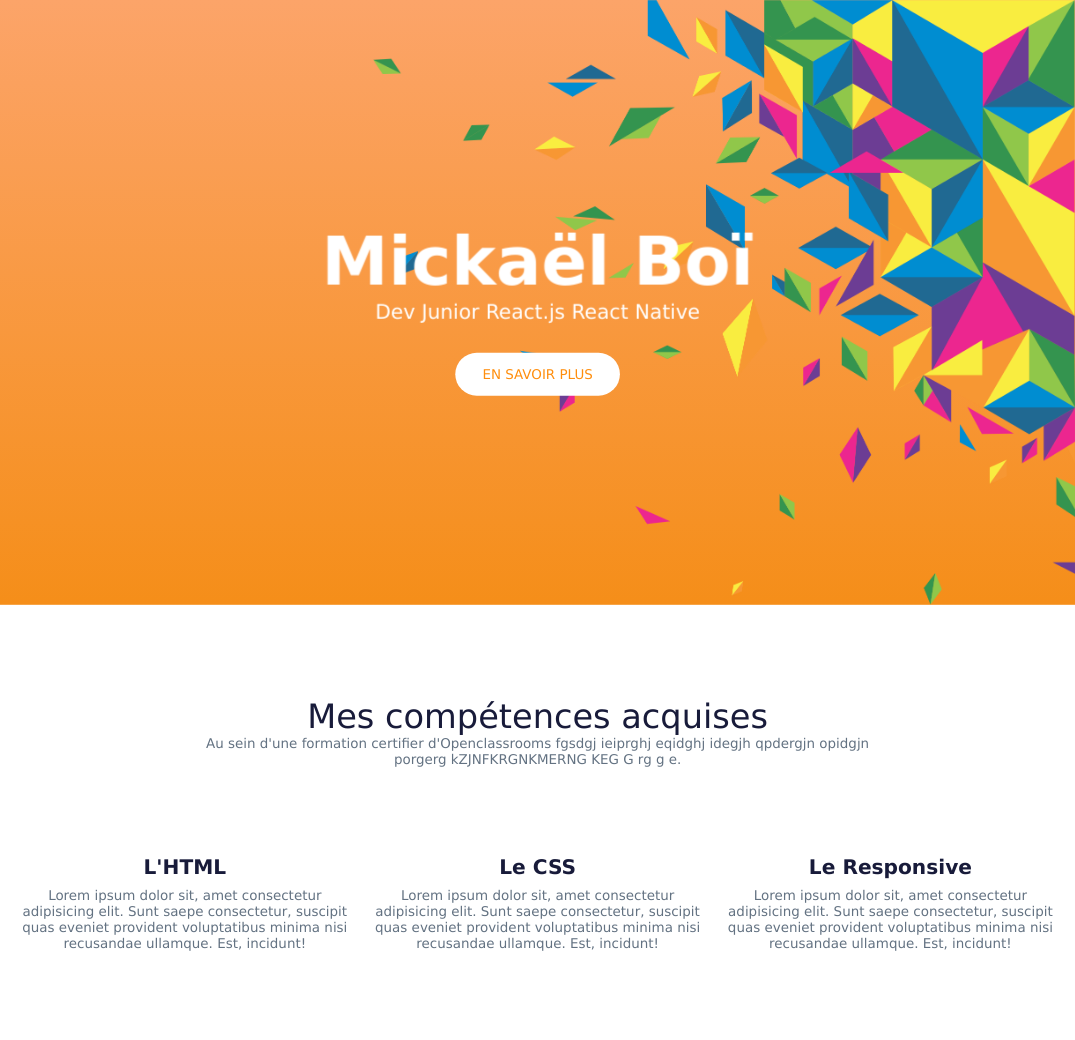
Repository: Micka-17/React_CV
Page: / (app in react-cv/)
The author's editor kept a copy of each file at every save. The page is drawn from the files as they stood at one save, then again after a run of saves.
The browser window is 1280 px wide. The pictures show the whole page, at 84% of full size.
The project was rebuilt for these pictures with package versions that can differ from the ones it lists, and the page was loaded fresh each time.

Above is the page before, as saved 2021-10-20 11:04:54.

### react-cv/src/index.js
import React from 'react';
import ReactDOM from 'react-dom';
import './index.css';
import App from './App';
import reportWebVitals from './reportWebVitals';

ReactDOM.render(
    <App />,
  document.getElementById('root')
);

// If you want to start measuring performance in your app, pass a function
// to log results (for example: reportWebVitals(console.log))
// or send to an analytics endpoint. Learn more: https://bit.ly/CRA-vitals

### react-cv/src/App.js
import './App.css';
import Top from './components/Top';
import Skills from './components/Skills';
import './Style/style.css'
import React from 'react'

function App() {
  return (
    <div className="App">
      <Top />
      <Skills />
    </div>
  );
}

export default App;

### react-cv/src/components/Top.jsx
import React from 'react'
import '../Style/style.css'

export default function Top() {

    return (
        <section id="sec-1">
            <div class="marbre">
                <div class="container">
                    <h1>Mickaël Boï</h1>
                    <p>Dev Junior React.js React Native</p>
                    <a href="#sec-2" class="title-btn">En savoir plus</a>
                </div>
            </div>
        </section >
    )
}

### react-cv/src/components/Skills.jsx
import React from 'react'
import '../Style/style.css'
import { FontAwesomeIcon } from '@fortawesome/react-fontawesome'

export default function Skills() {

    return (
        <section id="sec-2">
        <h1>Mes compétences acquises</h1>
        <p>Au sein d'une formation certifier d'Openclassrooms fgsdgj ieiprghj eqidghj idegjh qpdergjn opidgjn porgerg
             kZJNFKRGNKMERNG KEG G rg g e.</p>
        <div class="container" data-aos="zoom-in">
            <div class="competences">
                <FontAwesomeIcon icon={["fa", "html5"]} />
                <i class="fab fa-html5 fa-5x"></i>
                <h2>L'HTML</h2>
                <p>Lorem ipsum dolor sit, amet consectetur adipisicing elit. Sunt saepe consectetur, suscipit quas eveniet provident voluptatibus minima nisi recusandae ullamque. Est, incidunt!</p>
            </div>
            <div class="competences">
                <i class="fab fa-css3 fa-5x"></i>
                <h2>Le CSS</h2>
                <p>Lorem ipsum dolor sit, amet consectetur adipisicing elit. Sunt saepe consectetur, suscipit quas eveniet provident voluptatibus minima nisi recusandae ullamque. Est, incidunt!</p>
            </div><div class="competences">
                <i class="fas fa-mobile-alt fa-5x"></i>
                <h2>Le Responsive</h2>
                <p>Lorem ipsum dolor sit, amet consectetur adipisicing elit. Sunt saepe consectetur, suscipit quas eveniet provident voluptatibus minima nisi recusandae ullamque. Est, incidunt!</p>
            </div>
        </div>
    </section>
    )
}

### react-cv/src/Style/style.css
* { margin: 0;
    padding: 0;
    list-style: 0;
    text-decoration: 0;
}

body {
    font-family: 'Lucida Sans', 'Lucida Sans Regular', 'Lucida Grande', 'Lucida Sans Unicode', Geneva, Verdana, sans-serif;
}
.btnBurger {
    position: absolute;
    top: 0;
    left: 0px;
}
section#sec-1 {
    width: 100%;
    height: 100vh;
    background: linear-gradient(to bottom, #fca469, #f58e19);
}

section#sec-1 .marbre {
    height: 100%;
    background-image: url(../img/fond-marbre.png);
    background-position: right top;
    background-size: contain;
    background-repeat: no-repeat;
    display: flex;
    justify-content: center;
    align-items: center;
}

section#sec-1 .marbre .container {
    text-align: center;
    color: white;
}

section#sec-1 .marbre .container h1 {
    font-size: 5em;
}

section#sec-1 .marbre .container p {
    font-size: 1.5em;
    margin-bottom: 50px;
}

section#sec-1 .marbre .container a.title-btn {
    background-color: white;
    padding: 1em 2em;
    border-radius: 50px;
    color: #ff8e0d;
    font-weight: 500;
    text-transform: uppercase;
}

@media screen and (max-width: 350px) {
    section#sec-1 .marbre .container .h1 {
        font-size: 2.5em;
    }
    section#sec-1 .marbre .container .p {
        font-size: 1em;
    }
}

section#sec-2 > h1 {
    text-align: center;
    color: #181b3a;
    font-size: 2.5em;
    font-weight: 500;
    margin-top: 30px;
}

section#sec-2 {
    padding: 80px 10px;
}

section#sec-2 > P {
    max-width: 800px;
    text-align: center;
    color: #637282;
    margin: 0 auto;
}

section#sec-2 .container {
    max-width: 1400px;
    justify-content: center;
    display: flex;
    margin: 0 auto;
    flex-direction: row;
    margin: 70px auto 0 auto;
}

section#sec-2 .container .competences {
    text-align: center;
    margin: 25px 0;
}

section#sec-2 .container .competences h2 {
    color: #181b3a;
    font-weight: 500px;
    margin: 10px 0;
}

section#sec-2 .container .competences p {
    color: #637282;
    font-weight: 400px;
    padding: 0 10px;
}

/* responsive */
@media screen and (max-width: 600px) {
    section#sec-2 > h2 {
        font-size: 2em;
    }
    section#sec-2 .container {
        flex-direction: column;
    }
section#sec-2 .container .competences p {
    max-width: 95%;
    }
}

i {
    color: #f58e19;
}

section#sec-3 {
    background-color: rgba(177, 121, 36, 0.507);
    padding: 32px 0px;
}

section#sec-3 .container {
    max-width: 1400px;
    margin: 0 auto;
    display: flex;
    align-items: center;
    justify-content: space-around;
}

section#sec-3 .container .left {
    max-width: 500px;
}

section#sec-3 .container .right {
    max-width: 50%;
}

section#sec-3 .container .right h1 {
    font-size: 2.5em;
    color: #181b3a;
    margin-bottom: 30px;
}

section#sec-3 .container .right p {
    font-size: 1.5em;
    color: #637282;
}

section#sec-3 .container .right p:nth-of-type(2) {
    margin-bottom: 60px;
}

section#sec-3 .container .right a.dl-btn {
    background-color: white;
    padding: 1em 2em;
    border-radius: 50px;
    color: #ff8e0d;
    font-weight: 500;
    text-transform: uppercase;
}

@media screen and (max-width: 600px) {
    section#sec-3 > h1 {
        font-size: 1.5em;
    }
    section#sec-3 .container {
        flex-direction: column;
    }
section#sec-3 .container .right p {
    max-width: 95%;
    }
    section#sec-3 .container .left i {
        margin-bottom: 50px;
    }
}

footer {
    background-color: rgba(37, 37, 37, 0.616);
    padding: 50px 10px;
    justify-content: center;
    text-align: center;
}

footer .container {
    max-width: 1400px;
    margin: 0px auto;
}

footer .container h1 {
    color: whitesmoke;
}

footer .container p {
    color: whitesmoke;
    margin-top: 20px;
}

section#sec-1 .marbre .container {
    transform-style: preserve-3d;
}

section#sec-1 .marbre .container h1 {
    transform: translateZ(50px);
}

section#sec-1 .marbre .container p {
    transform: translateZ(50px);
}

.navigation {
    font-family: 'Franklin Gothic Medium', 'Arial Narrow', Arial, sans-serif;
    background: linear-gradient(to top, rgba(37, 37, 37, 0.616),  rgba(177, 121, 36, 0.507));
}

.navigation ul {
    flex-direction: row;
    display: flex;
    align-items: center;
    justify-content: space-around;
}

.navigation ul li {
    display: flex;
    background-color: whitesmoke;
    border-radius: 50px;
    padding: 1em 1em;
    margin: 10px;
}

li a{
    color: #ff8e0d
}

section#section-1 {
    width: 100%;
    height: 100vh;
    background: linear-gradient(to bottom, #fca469, #f58e19);
}

section#section-1 .fond {
    height: 100%;
    background-image: url(../img/fond-marbr.png);
    background-position: left top;
    background-size: contain;
    background-repeat: no-repeat;
}

section#section-1 .fond .container {
    text-align: center;
    color: white;
    padding: 200px;
}

section#section-1 .fond .container h1 {
    font-size: 5em;
}

section#section-1 .fond .container p {
    font-size: 1.5em;
    margin-bottom: 0px;
}

.menu-xp {
    color: whitesmoke;
}

section#section-1 .fond .menu-xp ul {
    flex-direction: row;
    display: flex;
    align-items: center;
    justify-content: space-around;
}

section#section-1 .fond .menu-xp ul li {
    display: flex;
    background-color: whitesmoke;
    border-radius: 5%;
    padding: 2em 10em 15em 10em;
    font-family: 'Franklin Gothic Medium', 'Arial Narrow', Arial, sans-serif;
}

#diplome {
    width: 50%;
    height: 50%;
    display: flex;
    align-items: center;
}

.conatactephp {
    display:flex;
    align-items: center;
    justify-content: space-evenly;
    margin: 80px;
}

.form-group {
    margin: 25px;
}

.btn btn-primary {
    margin: 12px;
}

Loaded but not shown: react-cv/public/index.html (common file); react-cv/src/index.css (common file); react-cv/src/reportWebVitals.js (common file); react-cv/src/App.css (common file)

After the next 3 saves:
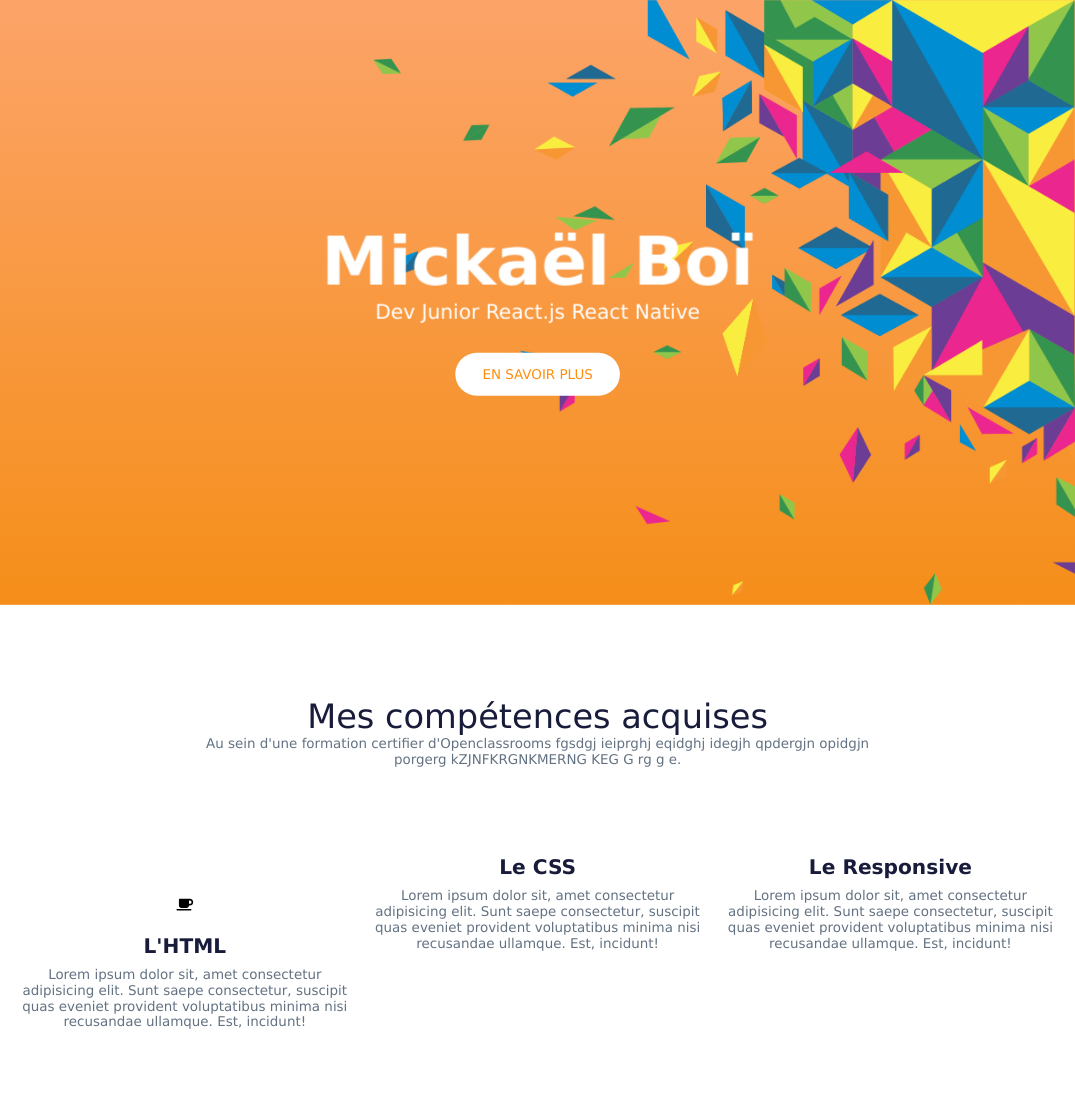
The 3 saves are shown as one change because 1 did not build or start and some came seconds apart.
The last was saved 27 s later.
--- a/react-cv/src/components/Skills.jsx
+++ b/react-cv/src/components/Skills.jsx
@@ -1,6 +1,7 @@
 import React from 'react'
 import '../Style/style.css'
 import { FontAwesomeIcon } from '@fortawesome/react-fontawesome'
+import { faCoffee } from '@fortawesome/free-solid-svg-icons'
 
 export default function Skills() {
 
@@ -11,7 +12,7 @@ export default function Skills() {
              kZJNFKRGNKMERNG KEG G rg g e.</p>
         <div class="container" data-aos="zoom-in">
             <div class="competences">
-                <FontAwesomeIcon icon={["fa", "html5"]} />
+                <FontAwesomeIcon icon={faCoffee} />
                 <i class="fab fa-html5 fa-5x"></i>
                 <h2>L'HTML</h2>
                 <p>Lorem ipsum dolor sit, amet consectetur adipisicing elit. Sunt saepe consectetur, suscipit quas eveniet provident voluptatibus minima nisi recusandae ullamque. Est, incidunt!</p>
